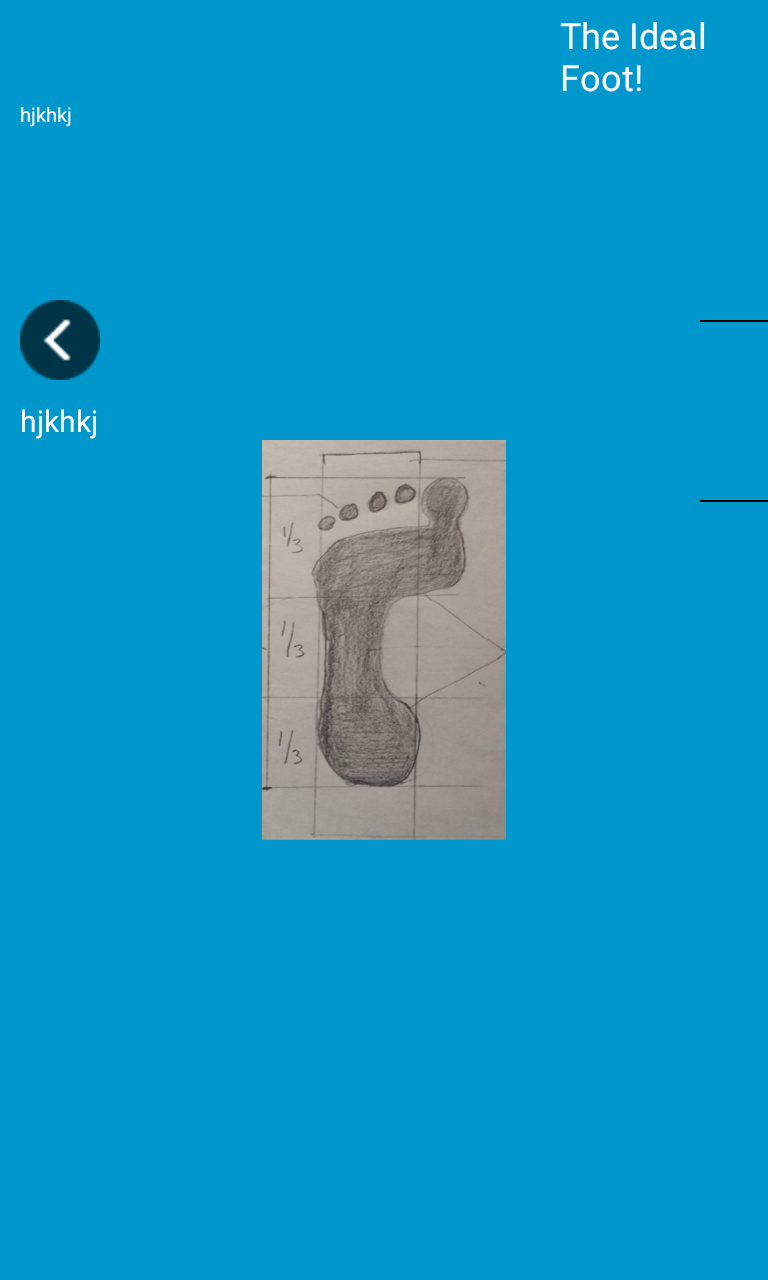
Repository: nanoweb12/GoodFeetAppNew
Layout: GoodFeetapp/res/layout/ideal_foot2.xml
The author's editor kept a copy of each file at every save. The layout is drawn from the files as they stood at one save, then again after the next save.
It is drawn on a 768 x 1280 px phone screen (xhdpi) without system bars, with theme MyTheme; the app's code is not run.

Above is the layout before, as saved 2015-02-21 03:50:44.

After the next save:
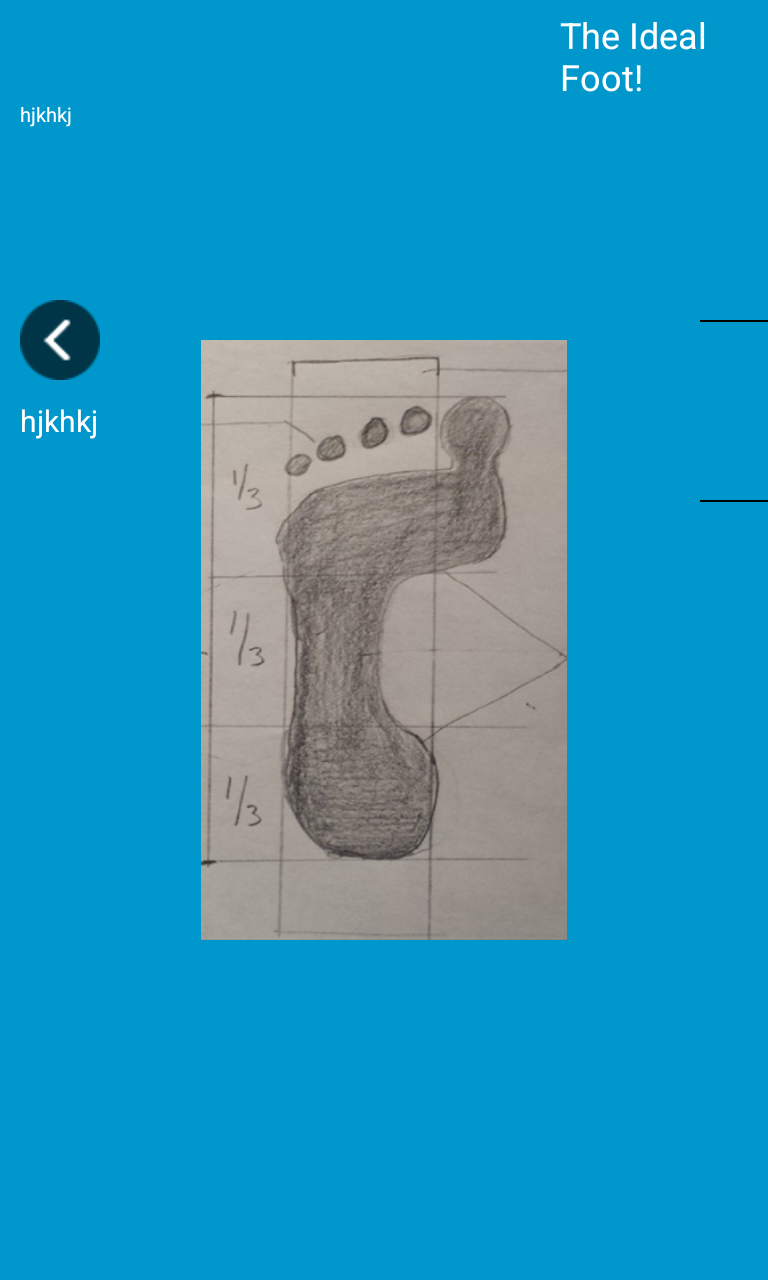
Saved 114 s later.
--- a/GoodFeetapp/res/layout/ideal_foot2.xml
+++ b/GoodFeetapp/res/layout/ideal_foot2.xml
@@ -21,8 +21,8 @@
 
     		<ImageView
                 android:id="@+id/feet"
-                android:layout_width="200dp"
-                android:layout_height="200dp"
+                android:layout_width="300dp"
+                android:layout_height="300dp"
               android:layout_centerHorizontal="true"
               android:layout_centerVertical="true"
 
